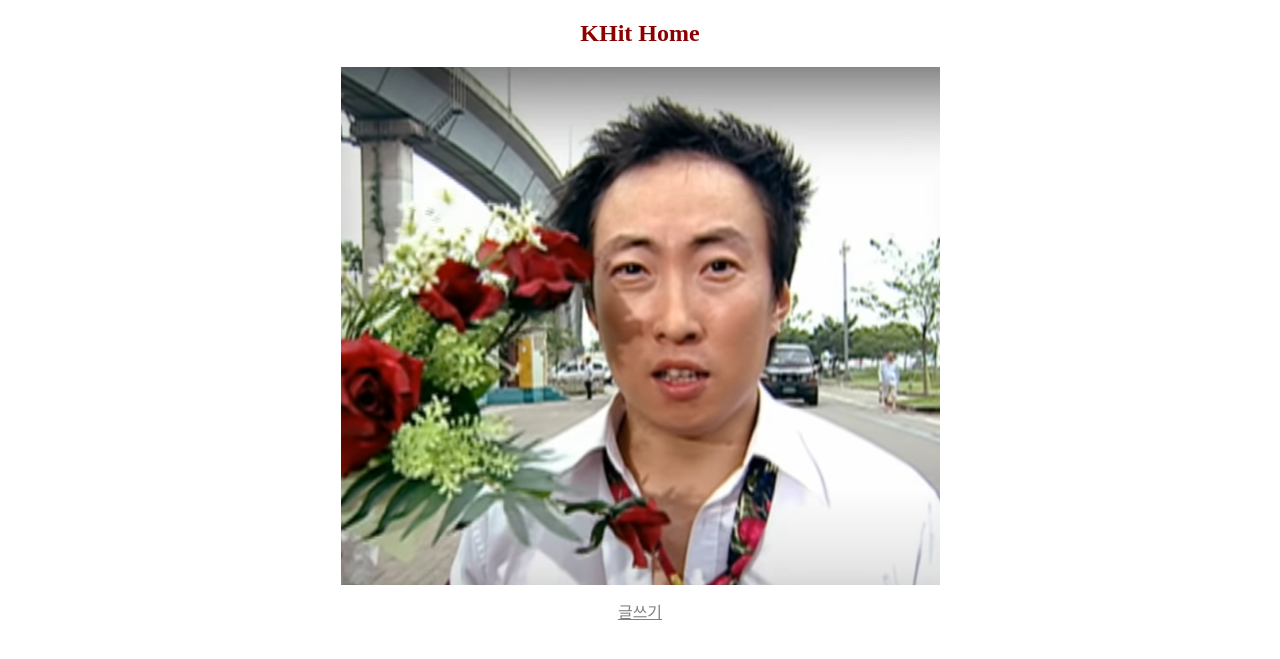
Repository: kimheerin/springWorks
Page: http://localhost/SpringBoard-jdbc/
An editor plug-in stored every save of this project. The page is shown before and after the next save, followed by the edit.
The browser window is 1280 px wide. The pictures show the whole page.
The page is served by Tomcat 9. Other server files are loaded and not shown.

Above is the page before, as saved 2023-12-27 07:50:36.

### SpringBoard-jdbc/src/main/webapp/WEB-INF/views/index.jsp
<%@ page language="java" contentType="text/html; charset=UTF-8"
    pageEncoding="UTF-8"%>
<!DOCTYPE html>
<html>
<head>
<meta charset="UTF-8">
<title>인덱스 페이지</title>
<link rel="stylesheet" href="/resources/css/style.css">
</head>
<body>
   <div id="content">
      <h2>KHit Home</h2>
      <div class=main-pic>
         <img src="/resources/images/순정명수.png" alt="순정명수">
      </div>
      <div class="menu">
      	<a href="/board/write">글쓰기</a>
      </div>
   </div>
</body>
</html>

### SpringBoard-jdbc/src/main/webapp/resources/css/style.css
@charset "UTF-8";

#content{width:1000px; margin:0 auto;}
h2{color:darkred; text-align:center;}
.main-pic{text-align:center;}
.menu{text-align: center; margin: 10px;}
a{color: grey;}

After the next save:
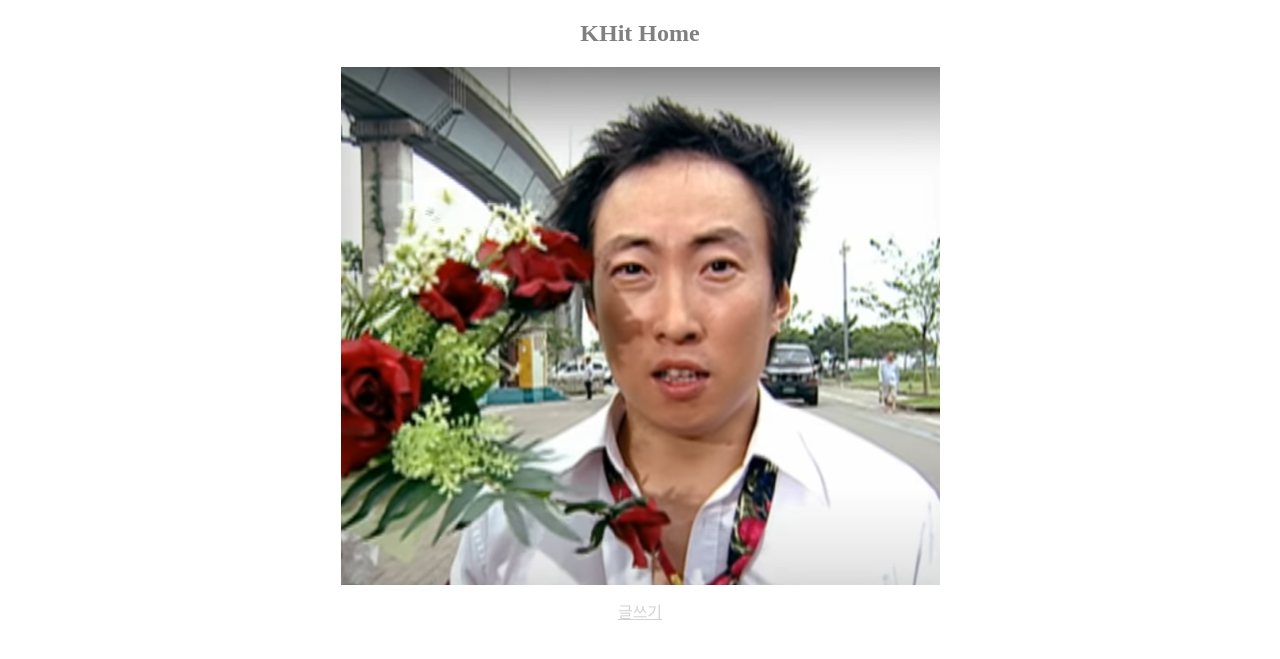
Saved 19 s later.
--- a/SpringBoard-jdbc/src/main/webapp/resources/css/style.css
+++ b/SpringBoard-jdbc/src/main/webapp/resources/css/style.css
@@ -1,7 +1,7 @@
 @charset "UTF-8";
 
 #content{width:1000px; margin:0 auto;}
-h2{color:darkred; text-align:center;}
+h2{color:grey; text-align:center;}
 .main-pic{text-align:center;}
 .menu{text-align: center; margin: 10px;}
-a{color: grey;}
+a{color: lightgrey;}
